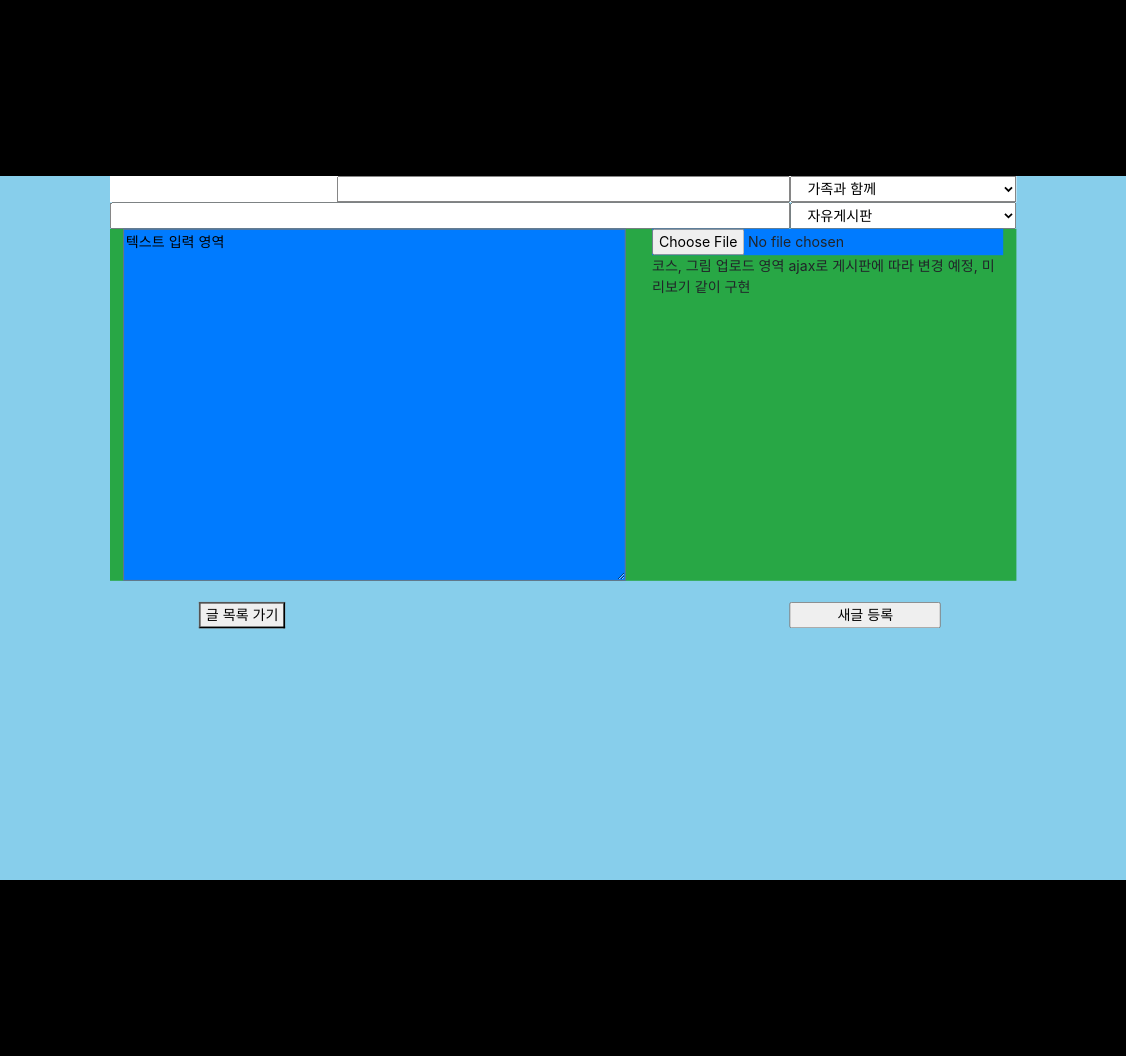
Repository: HJCroCat/project4
Page: http://localhost/koravle/WEB-INF/views/readBoard.jsp
These files come from the project's save history. The page is drawn as it stood at one moment and after the next save; the edit follows.
The browser window is 1280 px wide. The pictures show the whole page, at 88% of full size.
The page is served by Tomcat 9. Nobody is signed in. Other server files are loaded and not shown. The template is opened directly, without the code that normally fills it, so the values that code supplies are empty.

Above is the page before, as saved 2021-12-15 05:48:08.

### koravle/koravle/src/main/webapp/WEB-INF/views/readBoard.jsp
<%@ page language="java" contentType="text/html; charset=UTF-8"
    pageEncoding="UTF-8"%>
<!DOCTYPE html>
<html>
<head>

    <!-- Required meta tags -->
    <meta charset="utf-8">
    <meta name="viewport" content="width=device-width, initial-scale=1, shrink-to-fit=no">

    <!-- Bootstrap CSS -->
    <link rel="stylesheet" href="https://cdn.jsdelivr.net/npm/bootstrap@4.6.1/dist/css/bootstrap.min.css" integrity="sha384-zCbKRCUGaJDkqS1kPbPd7TveP5iyJE0EjAuZQTgFLD2ylzuqKfdKlfG/eSrtxUkn" crossorigin="anonymous">


<meta http-equiv="Content-Type" content="text/html; charset=UTF-8">
<title>Insert title here</title>
</head>
<body>


	<!-- header -->

	<header style="min-width:1280px; height:200px; margin:auto; background-color: black; ">

	</header>


	<!-- 글 작성 메인 페이지 영역 시작 -->

	<main style="overflow:auto; max-width:1280px; min-width:1000px; height:800px; margin:auto; background-color: skyblue; ">

	<div style="max-width:1000px; margin:auto;">

		<form action="saveBoard.do" method='post' enctype="multipart/form-data">

			<% String boardWriter=null;
			boardWriter = "작성자";/* (String)session.getAttribute("usrID"); */ %>

			<div class="row" style="background-color: white;">
				<b class="col-3" name=boardWriter value=boardWriter></b>
				<input type="text" class="col-6" name="boardTitle" id="boardTitle">
				<select class="col-3" name="boardType" id="boardType">
					<option value="famile" selected>가족과 함께</option>
					<option value="child">자녀와 함께</option>
					<option value="couple">커플 추천</option>
				</select>
			</div>

			<div class="row">
				<input type="text" class="col-9" name="boardKeyword" id="boardKeyword"> <!-- 해당하는 관광지 명 체크 혹은 검색기능 구현 필요 regionSearch.do로 변경 후 출력 필요 -->
				<select class="col-3" name="boardCat" id="boardCat">
					<option value="free" selected>자유게시판</option>
					<option value="course">나만의 코스 공유</option>
					<option value="region">여행 정보 공유</option>
				</select>
			</div>

			<div class="row bg-success" style="height:400px;">
				<div class="col-7">
					<textarea class="w-100 p-12 h-100 bg-primary" name="boardContent1" id="boardContent1">텍스트 입력 영역</textarea>
				</div>
				<div class="col-5">
					<div style="margin:auto">
						<input type="file" class="w-100 p-12 h-100 bg-primary" maxlength="60" size="40" name="file"/>코스, 그림 업로드 영역 ajax로 게시판에 따라 변경 예정, 미리보기 같이 구현 <!-- (해당하는 관광지 명에 대한 순서 체크, 그림업로드, 공란) ajax 구현 필요 -->
					</div>
				</div>
			</div>

			<div class="row">
				<br/>
			</div>

			<div class="row">

				<div class="col-1">
					<br/>
				</div>

				<div class="col-2">
					<button href="getBoardList.do">글 목록 가기</button>
				</div>

				<div class="col-1">
					<br/>
				</div>


				<div class="col-5">
					<br/>
				</div>

				<input class="col-2" type="submit" value="새글 등록"/>

				<div class="col-1">
					<td/>
				</div>
			</div>
		</form>

		<div class="row">
				<br/>
		</div>

		<div>

		</div>


	</div>

	</main>

	<!-- 글 작성 메인 페이지 영역 끝 -->

	<!-- footer -->

	<footer style="min-width:1280px; height:200px; margin:auto; background-color: black;">

	</footer>

    <!-- Optional JavaScript; choose one of the two! -->

    <!-- Option 1: jQuery and Bootstrap Bundle (includes Popper) -->
    <script src="https://cdn.jsdelivr.net/npm/jquery@3.5.1/dist/jquery.slim.min.js" integrity="sha384-DfXdz2htPH0lsSSs5nCTpuj/zy4C+OGpamoFVy38MVBnE+IbbVYUew+OrCXaRkfj" crossorigin="anonymous"></script>
    <script src="https://cdn.jsdelivr.net/npm/bootstrap@4.6.1/dist/js/bootstrap.bundle.min.js" integrity="sha384-fQybjgWLrvvRgtW6bFlB7jaZrFsaBXjsOMm/tB9LTS58ONXgqbR9W8oWht/amnpF" crossorigin="anonymous"></script>

    <!-- Option 2: Separate Popper and Bootstrap JS -->
    <!--
    <script src="https://cdn.jsdelivr.net/npm/jquery@3.5.1/dist/jquery.slim.min.js" integrity="sha384-DfXdz2htPH0lsSSs5nCTpuj/zy4C+OGpamoFVy38MVBnE+IbbVYUew+OrCXaRkfj" crossorigin="anonymous"></script>
    <script src="https://cdn.jsdelivr.net/npm/popper.js@1.16.1/dist/umd/popper.min.js" integrity="sha384-9/reFTGAW83EW2RDu2S0VKaIzap3H66lZH81PoYlFhbGU+6BZp6G7niu735Sk7lN" crossorigin="anonymous"></script>
    <script src="https://cdn.jsdelivr.net/npm/bootstrap@4.6.1/dist/js/bootstrap.min.js" integrity="sha384-VHvPCCyXqtD5DqJeNxl2dtTyhF78xXNXdkwX1CZeRusQfRKp+tA7hAShOK/B/fQ2" crossorigin="anonymous"></script>
    -->
</body>
</html>

After the next save:
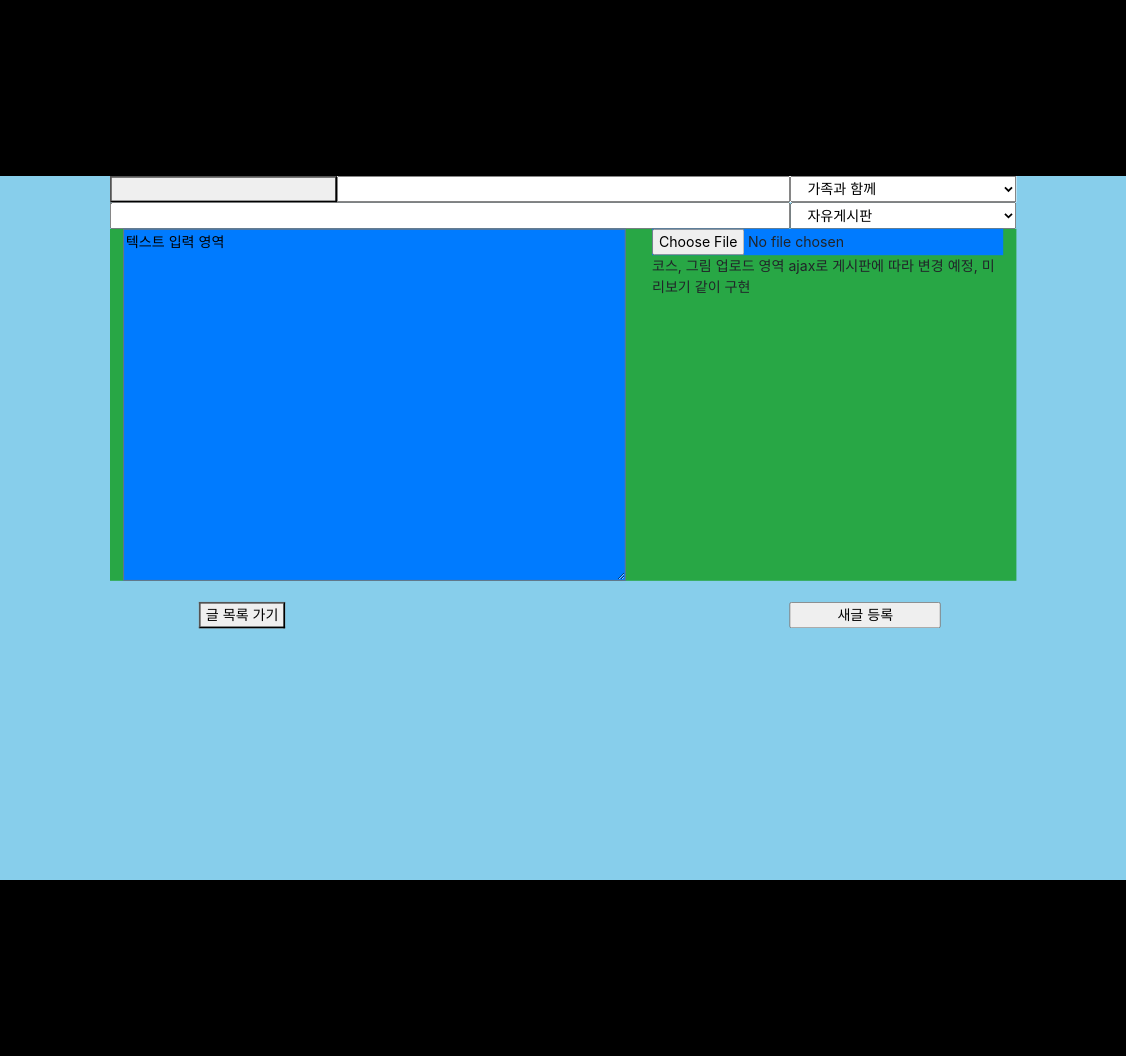
Saved 12 s later.
--- a/koravle/koravle/src/main/webapp/WEB-INF/views/readBoard.jsp
+++ b/koravle/koravle/src/main/webapp/WEB-INF/views/readBoard.jsp
@@ -37,7 +37,7 @@
 			boardWriter = "작성자";/* (String)session.getAttribute("usrID"); */ %>
 
 			<div class="row" style="background-color: white;">
-				<b class="col-3" name=boardWriter value=boardWriter></b>
+				<button class="col-3" name=boardWriter value=boardWriter></button>
 				<input type="text" class="col-6" name="boardTitle" id="boardTitle">
 				<select class="col-3" name="boardType" id="boardType">
 					<option value="famile" selected>가족과 함께</option>
